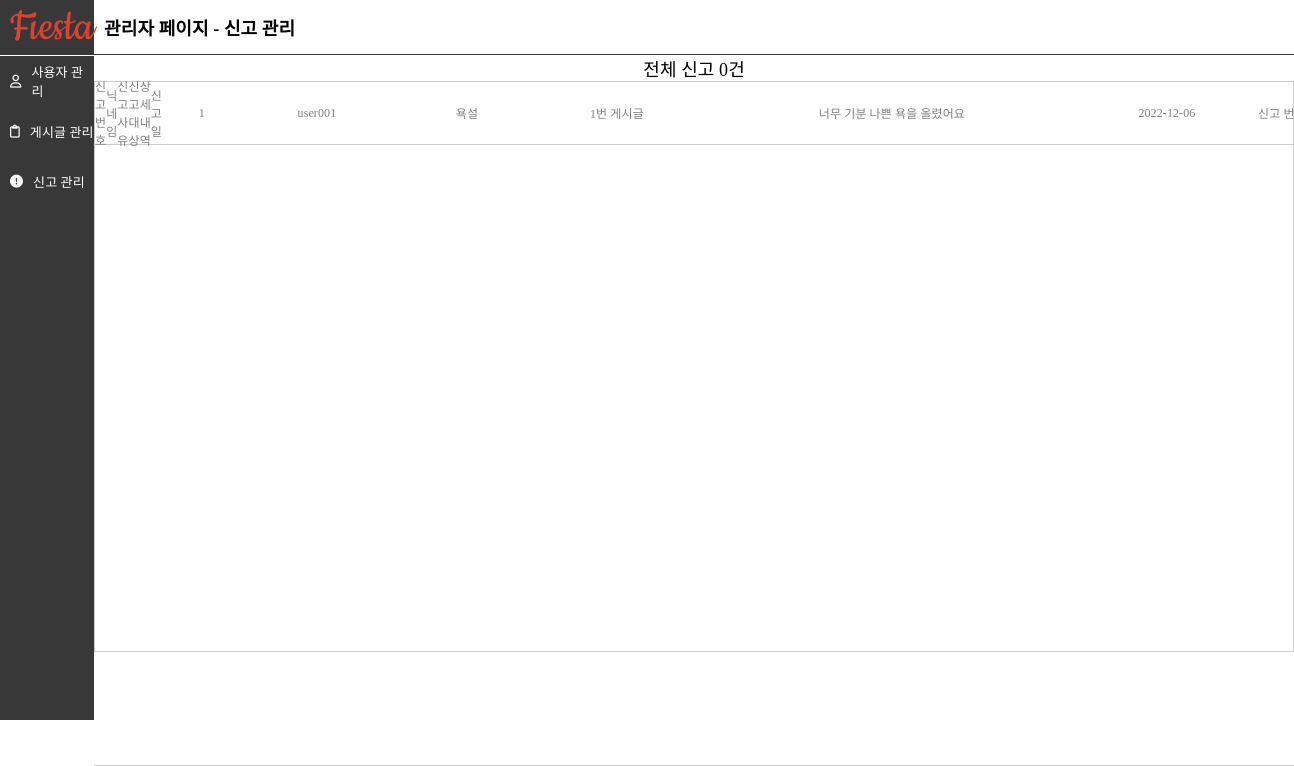
Repository: SNSFiestaTeam/Fiesta
Page: Fiesta/src/main/webapp/html/management/management-report.html
The author's editor kept a copy of each file at every save. The page is drawn from the files as they stood at one save, then again after the next save.
The browser window is 1280 px wide. The page is 1294 px wide, so the pictures cover 1294 px, including what lies to the right of the window. The pictures show the whole page.
Some web fonts or font styles are not loaded; a fallback is used. Some web libraries are served in a nearby version.

Above is the page before, as saved 2022-12-06 12:41:47.

### Fiesta/src/main/webapp/html/management/management-report.html
<!DOCTYPE html>
<html lang="en">
<head>
  <meta charset="UTF-8">
  <meta http-equiv="X-UA-Compatible" content="IE=edge">
  <meta name="viewport" content="width=device-width, initial-scale=1.0">
  <link rel="stylesheet" href="../../resources/css/common-style.css">
  <link rel="stylesheet" href="../../resources/css/management/management.css">
  <script
      src="https://kit.fontawesome.com/591746f9e8.js"
      crossorigin="anonymous"
    ></script>
  <title>관리자페이지</title>
</head>
<body>
  <sidebar class="sidebar">
    <span class="title">Fiesta</span>
    <a href="#" class="bar-item button"><i class="fa-regular fa-user"></i> 사용자 관리</a>
    <a href="#" class="bar-item button"><i class="fa-regular fa-clipboard"></i>게시글 관리</a>
    <a href="#" class="bar-item button"><i class="fa-solid fa-circle-exclamation"></i>신고 관리</a>
  </sidebar>

  <main class ="management-container">

    <div class="management-title">
      <h1>관리자 페이지 - 신고 관리</h1>
    </div>

    <div class="management-content">
      <span>전체 신고 0건</span>
      <section class="report-container">
        <a href="" class="row rh">
          <span class="cor1">신고 번호</span>
          <span class="cor2">닉네임</span>
          <span class="cor3">신고 사유</span>
          <span class="cor4">신고 대상</span>
          <span class="cor5">상세 내역</span>
          <span class="cor6">신고일</span>
        </ㅁ>
        <div class="row report">
          <span class="cor1">1</span>
          <span class="cor2">user001</span>
          <span class="cor3">욕설</span>
          <span class="cor4">1번 게시글</span>
          <span class="cor5">너무 기분 나쁜 욕을 올렸어요</span>
          <span class="cor6">2022-12-06</span>
        </div>
        <div class="row report">
          <span class="cor1">신고 번호</span>
          <span class="cor2">닉네임</span>
          <span class="cor3">신고 사유</span>
          <span class="cor4">신고 대상</span>
          <span class="cor5">상세 내역</span>
          <span class="cor6">신고일</span>
        </div>
        <div class="row report">
          <span class="cor1">신고 번호</span>
          <span class="cor2">닉네임</span>
          <span class="cor3">신고 사유</span>
          <span class="cor4">신고 대상</span>
          <span class="cor5">상세 내역</span>
          <span class="cor6">신고일</span>
        </div>
        <div class="row report">
          <span class="cor1">신고 번호</span>
          <span class="cor2">닉네임</span>
          <span class="cor3">신고 사유</span>
          <span class="cor4">신고 대상</span>
          <span class="cor5">상세 내역</span>
          <span class="cor6">신고일</span>
        </div>
        <div class="row report">
          <span class="cor1">신고 번호</span>
          <span class="cor2">닉네임</span>
          <span class="cor3">신고 사유</span>
          <span class="cor4">신고 대상</span>
          <span class="cor5">상세 내역</span>
          <span class="cor6">신고일</span>
        </div>
        <div class="row report">
          <span class="cor1">신고 번호</span>
          <span class="cor2">닉네임</span>
          <span class="cor3">신고 사유</span>
          <span class="cor4">신고 대상</span>
          <span class="cor5">상세 내역</span>
          <span class="cor6">신고일</span>
        </div>
        <div class="row report">
          <span class="cor1">신고 번호</span>
          <span class="cor2">닉네임</span>
          <span class="cor3">신고 사유</span>
          <span class="cor4">신고 대상</span>
          <span class="cor5">상세 내역</span>
          <span class="cor6">신고일</span>
        </div>
        <div class="row report">
          <span class="cor1">신고 번호</span>
          <span class="cor2">닉네임</span>
          <span class="cor3">신고 사유</span>
          <span class="cor4">신고 대상</span>
          <span class="cor5">상세 내역</span>
          <span class="cor6">신고일</span>
        </div>
        <div class="row report">
          <span class="cor1">신고 번호</span>
          <span class="cor2">닉네임</span>
          <span class="cor3">신고 사유</span>
          <span class="cor4">신고 대상</span>
          <span class="cor5">상세 내역</span>
          <span class="cor6">신고일</span>
        </div>
        <div class="row report">
          <span class="cor1">신고 번호</span>
          <span class="cor2">닉네임</span>
          <span class="cor3">신고 사유</span>
          <span class="cor4">신고 대상</span>
          <span class="cor5">상세 내역</span>
          <span class="cor6">신고일</span>
        </div>

      </section>
    </div>

  </main>


  <script src="/resources/js/management/management.js"></script>
</body>
</html>

### Fiesta/src/main/webapp/resources/css/common-style.css
@import url('https://fonts.googleapis.com/css2?family=Noto+Sans+KR:wght@100;300;400;500;700;900&display=swap');
@import url('https://fonts.googleapis.com/css2?family=Chewy&display=swap');
@import url('https://fonts.googleapis.com/css2?family=Leckerli+One&display=swap');
@import url('https://fonts.googleapis.com/css2?family=Cookie&display=swap');
@import './root-style.css';
@import url('https://fonts.googleapis.com/css2?family=Nanum+Gothic:wght@400;700;800&display=swap');
@import url('https://fonts.googleapis.com/css2?family=IBM+Plex+Sans+KR:wght@100;200;300;400;500&display=swap');

@font-face {
  font-family: 'NanumSquareNeo-Variable';
  src: url('https://cdn.jsdelivr.net/gh/projectnoonnu/noonfonts_11-01@1.0/NanumSquareNeo-Variable.woff2') format('woff2');
  font-weight: normal;
  font-style: normal;
}

@font-face {
  font-family: 'NanumBarunGothic';
  font-style: normal;
  font-weight: 400;
  src: url('//cdn.jsdelivr.net/font-nanumlight/1.0/NanumBarunGothicWeb.eot');
  src: url('//cdn.jsdelivr.net/font-nanumlight/1.0/NanumBarunGothicWeb.eot?#iefix') format('embedded-opentype'), url('//cdn.jsdelivr.net/font-nanumlight/1.0/NanumBarunGothicWeb.woff') format('woff'), url('//cdn.jsdelivr.net/font-nanumlight/1.0/NanumBarunGothicWeb.ttf') format('truetype');
 }

 @font-face {
  font-family: 'S-CoreDream-3Light';
  src: url('https://cdn.jsdelivr.net/gh/projectnoonnu/noonfonts_six@1.2/S-CoreDream-3Light.woff') format('woff');
  font-weight: normal;
  font-style: normal;
}

@font-face {
  font-family: 'SUIT-Regular';
  src: url('https://cdn.jsdelivr.net/gh/projectnoonnu/noonfonts_suit@1.0/SUIT-Regular.woff2') format('woff2');
  font-weight: normal;
  font-style: normal;
}
/* 전체 적용 스타일 */
* {
  margin: 0;
  padding: 0;
  box-sizing: border-box;
  list-style: none;
  /* font-family: 'Noto Sans KR', sans-serif; */
  /* font-family: 'Nanum Gothic', sans-serif; */
  /* font-family: 'IBM Plex Sans KR', sans-serif; */
  font-family: 'NanumSquareNeo-Variable';
  /* font-family: 'NanumBarunGothic'; */
  /* font-family: 'SUIT-Regular'; */
  letter-spacing: 0.1px;
}

a {
  text-decoration: none;
  color: black;
}

body {
  width: vw;
  font-size: 18px;
}

button {
  border: none;
  background-color: white;
}

footer {
  width: 100%;
  height: 134px;
  color: gray;
  font-size: var(--small-font-size);
  padding-bottom: 40px;

  display: flex;
  flex-direction: column;
  justify-content: space-around;
  align-items: center;
}

footer a {
  color: gray;
}

header {
  width: 100%;
  height: 60px;
  border-bottom: 1px solid #ccc;

  position: sticky;
  top: 0;
  background-color: white;

  display: flex;
  justify-content: center;
  z-index: 2;
}

header > section {
  width: 1000px;
  padding: 0 20px;

  display: flex;
  justify-content: space-between;
  align-items: center;
}

.logo-section a {
  font-family: 'Cookie', cursive;
  /* font-family: 'Chewy', cursive; */
  color: #dd4132;
  font-size: 50px;
  width: 120px;
  height: auto;
}

#logo {
  width: 120px;
  height: auto;
}

.search-section {
  width: 50%;

  display: flex;
  justify-content: center;
}

.search-section fieldset {
  height: 36px;
  width: 90%;
  background-color: --main-font-color;
  border: none;
  border-radius: 5px;

  display: flex;
  justify-content: center;
  align-items: center;
}

.search-section fieldset input {
  width: 200px;
}

#searchX {
  display: flex;
  justify-content: center;
  align-items: center;

  border-radius: 50%;

  display: none;
}

#searchX > i {
  background-color: #ccc;
  display: block;
  width: 15px;
  height: 15px;
  border-radius: 50%;
  font-size: 10px;

  display: flex;
  justify-content: center;
  align-items: center;
  color: white;
}

.search-section fieldset:focus-within > #search-glass {
  display: none;
}

.search-section fieldset:focus-within > #searchX {
  display: inline;
}

.search-section fieldset > input {
  height: 25px;
  border: none;
  outline: none;
  font-size: var(--madium-font-size);

  flex-basis: 80%;
}

.search-section fieldset > button {
  height: 25px;
  margin-right: 10px;
  font-size: 16px;
  color: var(--main-font-color);

  flex-basis: 10%;
}

nav {
  min-width: 300px;
}

nav > ul {
  font-size: var(--large-icon-size);

  display: flex;
  justify-content: space-between;
}

nav li {
  margin-left: 10px;
  flex-shrink: 0;

  text-align: center;
}

nav li > button {
  width: 100%;
  height: 100%;
  font-size: var(--large-icon-size);
}

nav li > button:active {
  color: var(--main-font-color);
}

nav li > a:active {
  color: var(--main-font-color);
}

nav i {
  flex-shrink: 0;
}

#searchBtn {
  display: none;
}

.toggle-search-section {
  display: none;
}

@media screen and (min-width: 1024px) {
  /* Desktop */
}

@media screen and (min-width: 471px) and (max-width: 1023px) {
  /* Tablet */
}

@media screen and (max-width: 780px) {
  .search-section > form {
    display: none;
  }

  #searchBtn {
    display: inline;
  }

  .toggle-search-section {
    width: 100vw;
    height: 80px;

    position: sticky;
    top: 60px;

    display: flex;
    justify-content: center;
    align-items: center;
    z-index: 40;
    display: none;
  }

  .toggle-search-section fieldset {
    height: 38px;
    width: 100%;
    background-color: #ffffff90;
    border: 1px solid #8e8e8e;
    border-radius: 5px;
    padding-left: 10px;

    display: flex;
    justify-content: center;
    align-items: center;
  }

  .toggle-search-section fieldset > input {
    height: 100%;
    width: 100%;
    border: none;
    outline: none;
    font-size: var(--madium-font-size);
    background-color: #ffffff00;

    flex-basis: 80%;
  }

  .toggle-search-section fieldset > button {
    height: 30px;
    margin-right: 10px;
    font-size: 16px;
    color: var(--fiesta-color);
    background-color: #ffffff00;

    flex-basis: 10%;
  }
}

@media screen and (max-width: 470px) {
  /* mobile */

  html {
    width: 100%;
  }

  body {
    width: vw;
  }

  footer {
    display: none;
  }

  #header-section {
    width: vw;
  }

  #newPost {
    width: 60px;
    height: 60px;
    border: 2px solid #8e8e8e;
    border-radius: 50%;
    background-color: white;
    display: flex;
    justify-content: center;
    align-items: center;

    font-size: 30px;

    position: fixed;
    bottom: 20px;
    right: 10px;
  }
}

#header-menu-toggle{
  display: none;
}

label[for='header-menu-toggle'] {
  cursor: pointer;
}

/* 체크박스 다음 div */
#toggle-menu{
  display: none;
}

/* 체크박스가 체크된 경우 다음 div */
#header-menu-toggle:checked + div{
  display: block;
}

.header-menu-parent{
  position: relative;
}

#toggle-menu{
  position: absolute;
  top: 30px;
  right: -10px;
  z-index: 500;
  width: 150px;
  height: 100px;
  background-color: white;
  box-shadow: 0px 0px 1px gray;
  border-radius: 6px;
}


#toggle-menu > a{
  display: flex;
  height: 50%;
  justify-content: center;
  align-items: center;
  font-size: 14px;
  font-weight: bold;
}

#toggle-menu > a:first-child{
  border-bottom: 1px solid #ccc;
}

### Fiesta/src/main/webapp/resources/css/management/management.css
@import '../root-style.css';

@font-face {
  font-family: 'NanumSquareNeo-Variable';
  src: url('https://cdn.jsdelivr.net/gh/projectnoonnu/noonfonts_11-01@1.0/NanumSquareNeo-Variable.woff2') format('woff2');
  font-weight: normal;
  font-style: normal;
}

* {
  font-family: 'NanumSquareNeo-Variable';
}

body {
  display: flex;
  width: 100%;
  height: 100vh;

  overflow-y: hidden;
}

/* 사이드 바 */
.sidebar{
  flex-grow: 0;
  width: 200px;
  height: 100%;
  background-color: rgb(56, 56, 56);
  color: white;

  display: flex;
  flex-direction: column;


  font-size: 13px;
}


.title {
  font-size: 50px;
  color: var(--fiesta-color);
  font-family: 'Cookie', cursive;
  border-bottom: 1px solid white;
  padding-left: 10px;
}

.button {
  color: white;
  width: 100%;
  height: 50px;

  display: flex;
  align-items: center;

  padding-left: 10px;
}

.button > *{
  margin-right: 10px;
}


.button:hover {
  background-color: white;
  color: rgb(56, 56, 56);
}

.management-container {
  width: 100%;
  height: 100%;

}

/* 관리자 페이지 타이틀 */
.management-title{
  display: flex;
  align-items: center;

  height: 55px;
  font-size: 9px;

  border-bottom: 1px solid rgb(56, 56, 56);
  padding-left: 10px

}

/* 관리자 페이지 내용 */
.management-content {
  height: 90%;

  display: flex;
  flex-direction: column;
  justify-content: center;
  align-items: center;

  overflow-y: scroll;
}

.report-container {
  border: 1px solid #ccc;

  width: 1200px;
  height: 700px;
}

.row {
  height: 63px;
  display: flex;
  align-items: center;
  justify-content: space-around;
}

.rh {
  color: grey;
  border-bottom: 1px solid #ccc;
}

.report:hover {
  background-color: var(--fiesta-color);
  color:white;
}

.row > span {

  font-size: 12px;

  text-align: center;

}

.cor1 {
  width: 80px;
}

.cor2 {
  width: 150px;
}
.cor3 {
  width: 150px;
}
.cor4 {
  width: 150px;
}
.cor5 {
  width: 400px;
}
.cor6 {
  width: 150px;
}

### Fiesta/src/main/webapp/resources/js/management/management.js


function w3_open() {
  document.getElementById("mySidebar").style.display = "block";
}

function w3_close() {
  document.getElementById("mySidebar").style.display = "none";
}

### Fiesta/src/main/webapp/resources/css/root-style.css
/* 루트 함수
공동으로 사용할 스타일을 미리 지정해놓고 사용 가능
스타일 지정시 지정할 스타일: 루트 함수명 으로 사용 가능
--만 타이핑 하면 자동완성 리스트가 뜨고
선택하면 var()함수까지 자동완성됨 */
:root {
  --background-color: white;
  --main-font-color: #8e8e8e;
  --icon-button-color: #262626;
  --point-font-color: #0095f6;
  --mention-font-color: #00376b;
  --fiesta-color: #dd4132;
  --small-font-size: 12px;
  --main-font-size: 13px;
  --medium-font-size: 16px;
  --large-icon-size: 24px;
}

After the next save:
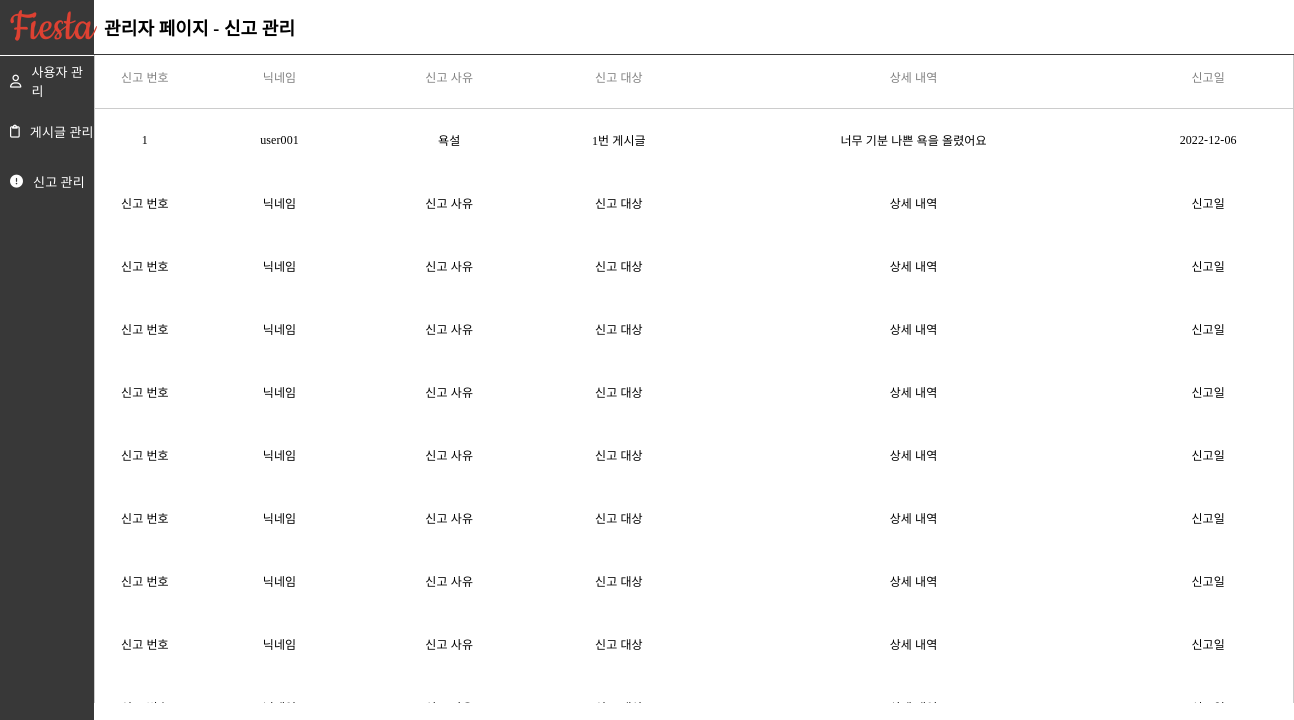
Saved 16 s later.
--- a/Fiesta/src/main/webapp/html/management/management-report.html
+++ b/Fiesta/src/main/webapp/html/management/management-report.html
@@ -29,14 +29,14 @@
     <div class="management-content">
       <span>전체 신고 0건</span>
       <section class="report-container">
-        <a href="" class="row rh">
+        <a href="#" class="row rh">
           <span class="cor1">신고 번호</span>
           <span class="cor2">닉네임</span>
           <span class="cor3">신고 사유</span>
           <span class="cor4">신고 대상</span>
           <span class="cor5">상세 내역</span>
           <span class="cor6">신고일</span>
-        </ㅁ>
+        </a>
         <div class="row report">
           <span class="cor1">1</span>
           <span class="cor2">user001</span>
